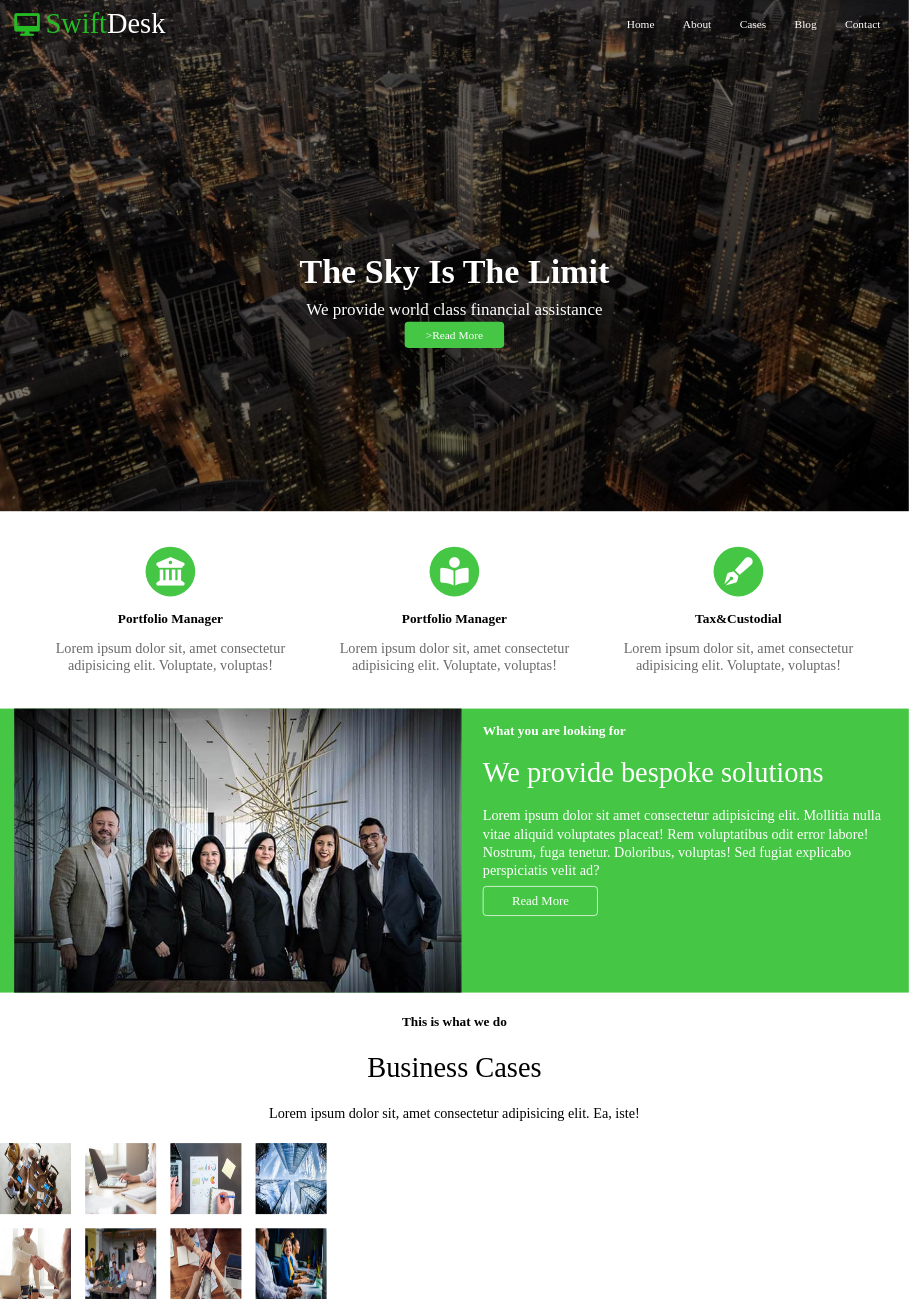
Repository: reemoon-ctrl/swiftdisk-Website-Flexbox
Page: index.html
The author's editor kept a copy of each file at every save. The page is drawn from the files as they stood at one save, then again after a run of saves.
The browser window is 1280 px wide. The pictures show the whole page, at 71% of full size.

Above is the page before, as saved 2024-07-27 09:34:39.

After the next 2 saves:
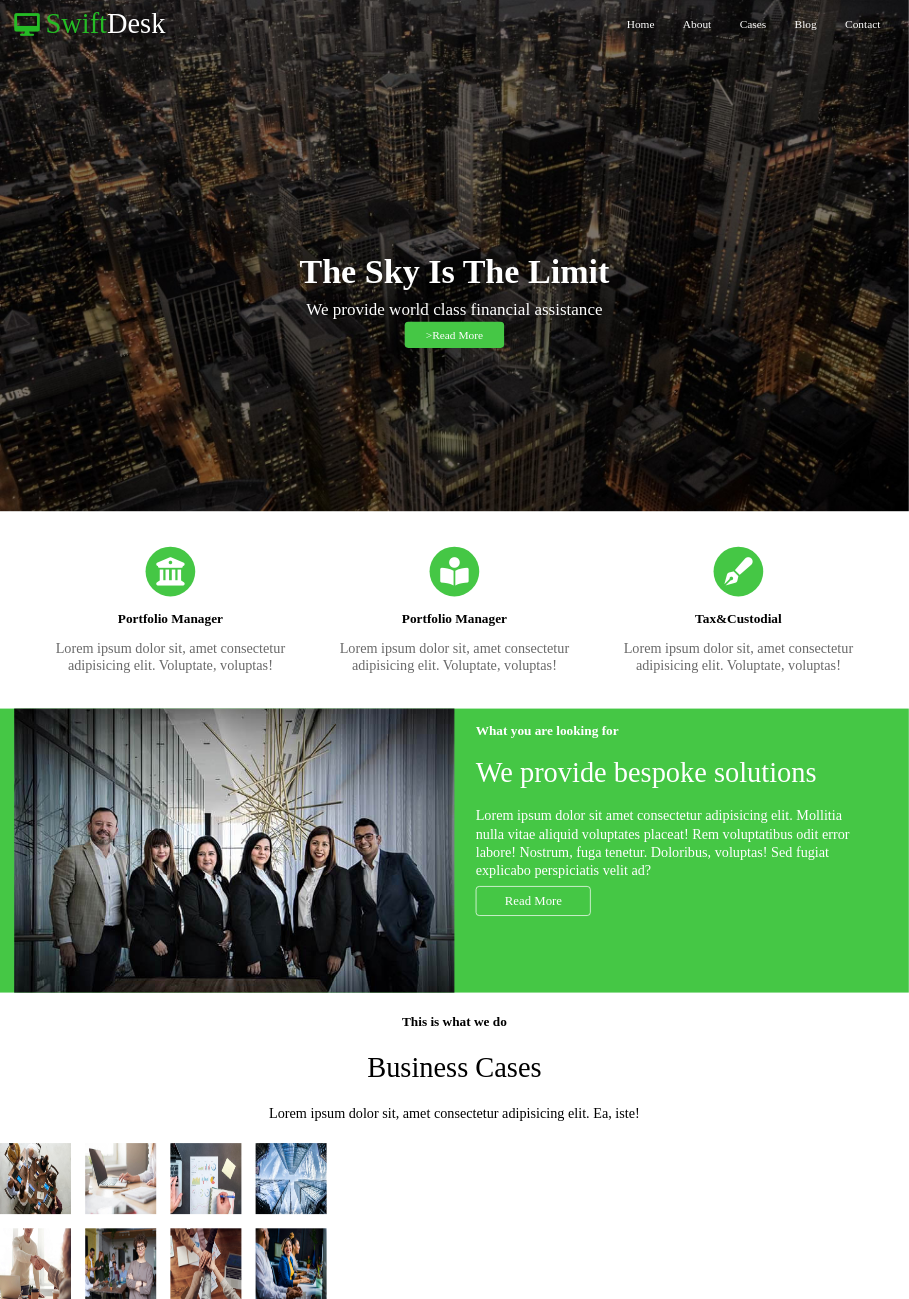
The 2 saves are shown as one change because they came seconds apart.
The last was saved 15 s later.
--- a/index.css
+++ b/index.css
@@ -111,7 +111,7 @@ body{
     display:flex;
     background: #45c745;
     padding-left: 20px;
-    padd
+    padding-right: 20px;
 }
 .img{
     width:50%;
